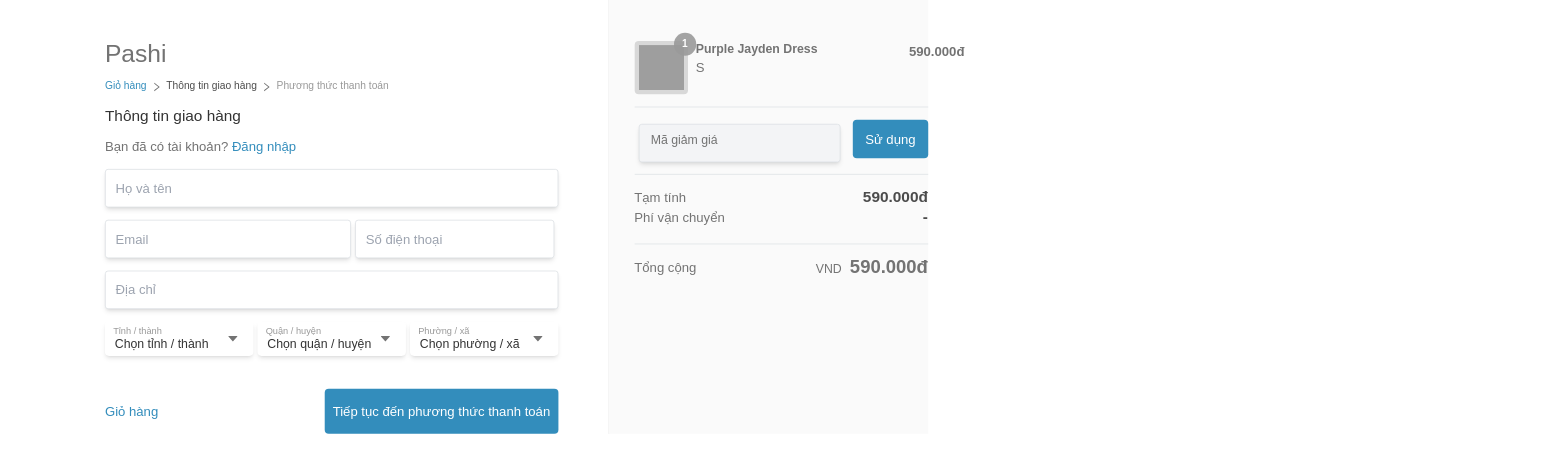
Repository: levinhky/pashi
Page: /checkout/information
These files come from the project's save history. The page is drawn as it stood at one moment and after the next save; the edit follows.
The browser window is 1280 px wide. The page is 1910 px wide, so the pictures cover 1910 px, including what lies to the right of the window. The pictures show the whole page, at 82% of full size.
Pictures or frames that could not be fetched are drawn as grey boxes. The project was rebuilt for these pictures with package versions that can differ from the ones it lists, and the page was loaded fresh each time. Also part of the build but not shown: src/components/Home/Home.module.css, src/configs/api.js, src/components/Loading/Loading.module.css, src/components/Loading/Loading.jsx, src/components/Partner/Partner.module.css, src/components/Partner/Partner.jsx, src/components/Home/Home.jsx, src/components/ProductList/ProductList.module.css and 18 more.

Above is the page before, as saved 2022-10-07 16:11:26.

### public/index.html
<!DOCTYPE html>
<html lang="en">

<head>
  <meta charset="utf-8" />
  <link rel="icon" href="%PUBLIC_URL%/favicon.ico" />
  <meta name="viewport" content="width=device-width, initial-scale=1" />
  <meta name="theme-color" content="#000000" />
  <meta name="description" content="Web site created using create-react-app" />
  <link rel="apple-touch-icon" href="%PUBLIC_URL%/logo192.png" />
  <!--
      manifest.json provides metadata used when your web app is installed on a
      user's mobile device or desktop. See https://developers.google.com/web/fundamentals/web-app-manifest/
    -->
  <link rel="manifest" href="%PUBLIC_URL%/manifest.json" />
  <link href='https://unpkg.com/boxicons@2.1.2/css/boxicons.min.css' rel='stylesheet'>
  <link href="https://cdn.jsdelivr.net/npm/bootstrap@5.2.0/dist/css/bootstrap.min.css" rel="stylesheet"
    integrity="sha384-gH2yIJqKdNHPEq0n4Mqa/HGKIhSkIHeL5AyhkYV8i59U5AR6csBvApHHNl/vI1Bx" crossorigin="anonymous">
  <!--
      Notice the use of %PUBLIC_URL% in the tags above.
      It will be replaced with the URL of the `public` folder during the build.
      Only files inside the `public` folder can be referenced from the HTML.

      Unlike "/favicon.ico" or "favicon.ico", "%PUBLIC_URL%/favicon.ico" will
      work correctly both with client-side routing and a non-root public URL.
      Learn how to configure a non-root public URL by running `npm run build`.
    -->
  <title>React App</title>
</head>

<body>
  <noscript>You need to enable JavaScript to run this app.</noscript>
  <div id="root"></div>
  <!--
      This HTML file is a template.
      If you open it directly in the browser, you will see an empty page.

      You can add webfonts, meta tags, or analytics to this file.
      The build step will place the bundled scripts into the <body> tag.

      To begin the development, run `npm start` or `yarn start`.
      To create a production bundle, use `npm run build` or `yarn build`.
    -->
</body>
<script src="https://cdn.jsdelivr.net/npm/bootstrap@5.2.0/dist/js/bootstrap.bundle.min.js"
  integrity="sha384-A3rJD856KowSb7dwlZdYEkO39Gagi7vIsF0jrRAoQmDKKtQBHUuLZ9AsSv4jD4Xa" crossorigin="anonymous"></script>


</html>

### src/index.jsx
import React from "react";
import ReactDOM from "react-dom/client";
import { BrowserRouter } from "react-router-dom";
import App from "./App";
import reportWebVitals from "./reportWebVitals";
import { Provider } from "react-redux";

import GlobalStyles from "components/GlobalStyles/GlobalStyles";
import { store } from "store";

const root = ReactDOM.createRoot(
  document.getElementById("root")
);
root.render(
  <React.StrictMode>
    <Provider store={store}>
      <GlobalStyles>
        <BrowserRouter>
          <App />
        </BrowserRouter>
      </GlobalStyles>
    </Provider>
  </React.StrictMode>
);

// If you want to start measuring performance in your app, pass a function
// to log results (for example: reportWebVitals(console.log))
// or send to an analytics endpoint. Learn more: https://bit.ly/CRA-vitals
reportWebVitals();

### src/App.jsx
import React from "react";
import { Route, Routes } from "react-router-dom";
import { ToastContainer } from "react-toastify";
import "react-toastify/dist/ReactToastify.css";

import { routes } from "routes/routes";
import DefaultLayout from "components/DefaultLayout/DefaultLayout";
import CheckoutPage from "pages/CheckoutPage/CheckoutPage";
import Loading from "components/Loading/Loading";

function App() {
  return (
    <React.Suspense fallback={<Loading />}>
      <Routes>
        {routes.map((route, index) => {
          const Layout =
            route.layout === "default" ? DefaultLayout : CheckoutPage;
          return (
            <Route
              key={index}
              path={route.path}
              element={<Layout>{route.element}</Layout>}
            />
          );
        })}
      </Routes>
      <ToastContainer />
    </React.Suspense>
  );
}

export default App;

### src/components/GlobalStyles/GlobalStyles.jsx
import "./GlobalStyles.css";

function GlobalStyles({ children }) {
  return children;
}

export default GlobalStyles;

### src/pages/CheckoutPage/CheckoutPage.jsx
import { vnd } from "configs/functions";
import { useEffect, useState } from "react";
import { useDispatch, useSelector } from "react-redux";
import styles from "./CheckoutPage.module.css";

const CheckoutPage = ({ children }) => {
  const cartItems = useSelector((state) => state.cart.cartItems);
  const cartTotal = useSelector((state) => state.cart.cartTotal);
  console.log(cartItems);

  return (
    <div className="flex flex-row flex-[1_0_auto] py-0 px-[5%] mx-auto w-[90%] max-w-screen-xl">
      <div className="flex flex-column w-[60%] pr-[6%] pt-20">{children}</div>

      <div className="sidebar w-[38%] relative bg-[#fafafa]">
        <div className="bg-left-top block w-[300%] top-0 absolute bottom-0 -z-10 shadow-[1px_0_0_#e1e1e1_inset]"></div>
        <div className="sidebar-content pl-[8%] pt-20">
          <div className="content-item w-auto h-[65px] grid grid-cols-[65px_minmax(270px,_1fr)_100px] ">
            <div className="product-img w-[65px] h-[65px] relative">
              <div className="bg-[#d8d8d8] w-full h-full rounded-lg relative overflow-hidden">
                <img
                  src="https://product.hstatic.net/1000370235/product/z3733404419397_d753e3ea8a8f70f3d5acedb6b1a0deaa_5129de1d90b3454fa990016555e13999_small.jpg"
                  alt=""
                  className="object-cover w-full h-full p-2 "
                />
              </div>
              <span className="absolute bg-[rgba(153,153,153,0.9)] z-50 px-3 py-2 text-xl quantity rounded-full -top-4 -right-4 text-white font-bold">
                1
              </span>
            </div>
            <div className="flex flex-col pl-4 description">
              <span className="text-2xl font-bold">Purple Jayden Dress</span>
              <span>S</span>
            </div>
            <div className="w-full price">
              <span className="font-semibold text-">590.000đ</span>
            </div>
          </div>
          <div className="line border-[#e1e1e1] border-bottom my-4 border-x-0 border-t-0 w-full h-full"></div>
          <div className="flex h-[47px] items-center code">
            <div className="relative w-full h-full p-2 code-input grow group">
              <input
                type="text"
                id="discount-code"
                required
                className="absolute w-full h-full px-4 my-auto  border shadow-md focus:ring-2 focus:outline-none focus:border-sky-500 focus:ring-sky-500 transition-all delay-300 text-[#333] rounded-md p-[10px_40px_10px_12px] mb-4 bg-gray-100 outline-none peer text-2xl"
              />
              <label
                for="discount-code"
                className="absolute top-0 flex items-center pl-0 my-4 text-2xl transition-all transform left-8   group-focus-within:text-base peer-valid:text-base group-focus-within:h-1.5 peer-valid:h-1.5 group-focus-within:-translate-y-full peer-valid:-translate-y-full group-focus-within:pl-0 peer-valid:pl-0 cursor-text"
              >
                Mã giảm giá
              </label>
            </div>
            <button className="inline-block w-auto px-6 py-0 ml-8 text-center rounded-lg whitespace-nowrap bg-[#338dbc] hover:brightness-125 text-white relative transition-all cursor-pointer font-medium h-full">
              Sử dụng
            </button>
          </div>
          <div className="line border-[#e1e1e1] border-bottom my-4 border-x-0 border-t-0 w-full h-2"></div>

          <div className="bill">
            <div className="flex items-center justify-between bill-product">
              <span>Tạm tính</span>
              <span className="text-[#4b4b4b] font-semibold text-3xl">
                590.000đ
              </span>
            </div>
            <div className="flex items-center justify-between bill-ship">
              <span>Phí vận chuyển</span>
              <span className="text-[#4b4b4b] font-semibold text-3xl">-</span>
            </div>
          </div>
          <div className="line border-[#e1e1e1] border-bottom my-4 border-x-0 border-t-0 w-full h-2"></div>

          <div className="flex items-center justify-between total">
            <span className="">Tổng cộng</span>
            <div className="total-number">
              <span className="mr-4 text-2xl">VND</span>
              <span className="text-4xl font-bold ">590.000đ</span>
            </div>
          </div>
        </div>
      </div>
    </div>
    // <div className={styles["bao"]}>
    //   <div className={styles["content"]}>
    //     <div className={styles["wrap"]}>
    //       <div className={styles["sidebar"]}>
    //         <div className={styles["sidebar-content"]}>
    //           <div
    //             className={styles["order-summary order-summary-is-collapsed"]}
    //           >
    //             <h2 className={styles["visually-hidden"]}>
    //               Thông tin đơn hàng
    //             </h2>
    //             <div className={styles["order-summary-sections"]}>
    //               <div
    //                 className={
    //                   styles[
    //                     "order-summary-section order-summary-section-product-list"
    //                   ]
    //                 }
    //               >
    //                 <table className={styles["product-table"]}>
    //                   <tbody>
    //                     {cartItems.length > 0 &&
    //                       cartItems.map((product) => (
    //                         <tr
    //                           className={styles["product"]}
    //                           data-product-id="1040710178"
    //                           key={product.id}
    //                         >
    //                           <td className={styles["product-image"]}>
    //                             <div className={styles["product-thumbnail"]}>
    //                               <div
    //                                 className={
    //                                   styles["product-thumbnail-wrapper"]
    //                                 }
    //                               >
    //                                 <img
    //                                   className={
    //                                     styles["product-thumbnail-image"]
    //                                   }
    //                                   alt={product.name}
    //                                   src={product.thumbnail}
    //                                 />
    //                               </div>
    //                               <span
    //                                 className={
    //                                   styles["product-thumbnail-quantity"]
    //                                 }
    //                                 aria-hidden="true"
    //                               >
    //                                 {product.quantity}
    //                               </span>
    //                             </div>
    //                           </td>
    //                           <td className={styles["product-description"]}>
    //                             <span
    //                               className={
    //                                 styles[
    //                                   "product-description-name order-summary-emphasis"
    //                                 ]
    //                               }
    //                             >
    //                               {product.name}
    //                             </span>

    //                             <span
    //                               className={
    //                                 styles[
    //                                   "product-description-variant order-summary-small-text"
    //                                 ]
    //                               }
    //                             >
    //                               S
    //                             </span>
    //                           </td>
    //                           <td
    //                             className={
    //                               styles["product-quantity visually-hidden"]
    //                             }
    //                           >
    //                             1
    //                           </td>
    //                           <td className={styles["product-price"]}>
    //                             <span
    //                               className={styles["order-summary-emphasis"]}
    //                             >
    //                               {vnd(product.price)}
    //                             </span>
    //                           </td>
    //                         </tr>
    //                       ))}
    //                   </tbody>
    //                 </table>
    //               </div>

    //               <div
    //                 className={
    //                   styles[
    //                     "order-summary-section order-summary-section-discount"
    //                   ]
    //                 }
    //               >
    //                 <form
    //                   id="form_discount_add"
    //                   acceptCharset="UTF-8"
    //                   method="post"
    //                 >
    //                   <input name="utf8" type="hidden" value="✓" />
    //                   <div className={styles["fieldset"]}>
    //                     <div className={styles["field  "]}>
    //                       <div className={styles["field-input-btn-wrapper"]}>
    //                         <div className={styles["field-input-wrapper"]}>
    //                           <label
    //                             className={styles["field-label"]}
    //                             htmlFor="discount.code"
    //                           >
    //                             Mã giảm giá
    //                           </label>
    //                           <input
    //                             placeholder="Mã giảm giá"
    //                             className={styles["field-input"]}
    //                             size="30"
    //                             type="text"
    //                             id="discount.code"
    //                             name="discount.code"
    //                           />
    //                         </div>
    //                         <button
    //                           type="submit"
    //                           className={
    //                             styles[
    //                               "field-input-btn btn btn-default btn-disabled"
    //                             ]
    //                           }
    //                         >
    //                           <span className={styles["btn-content"]}>
    //                             Sử dụng
    //                           </span>
    //                           <i
    //                             className={
    //                               styles["btn-spinner icon icon-button-spinner"]
    //                             }
    //                           ></i>
    //                         </button>
    //                       </div>
    //                     </div>
    //                   </div>
    //                 </form>
    //               </div>

    //               <div
    //                 className={
    //                   styles[
    //                     "order-summary-section order-summary-section-total-lines payment-lines"
    //                   ]
    //                 }
    //               >
    //                 <table className={styles["total-line-table"]}>
    //                   <thead>
    //                     <tr>
    //                       <th scope="col">
    //                         <span className={styles["visually-hidden"]}>
    //                           Mô tả
    //                         </span>
    //                       </th>
    //                       <th scope="col">
    //                         <span className={styles["visually-hidden"]}>
    //                           Giá
    //                         </span>
    //                       </th>
    //                     </tr>
    //                   </thead>
    //                   <tbody>
    //                     <tr
    //                       className={styles["total-line total-line-subtotal"]}
    //                     >
    //                       <td className={styles["total-line-name"]}>
    //                         Tạm tính
    //                       </td>
    //                       <td className={styles["total-line-price"]}>
    //                         <span className={styles["order-summary-emphasis"]}>
    //                           {vnd(cartTotal)}
    //                         </span>
    //                       </td>
    //                     </tr>

    //                     <tr
    //                       className={styles["total-line total-line-shipping"]}
    //                     >
    //                       <td className={styles["total-line-name"]}>
    //                         Phí vận chuyển
    //                       </td>
    //                       <td className={styles["total-line-price"]}>
    //                         <span className={styles["order-summary-emphasis"]}>
    //                           —
    //                         </span>
    //                       </td>
    //                     </tr>
    //                   </tbody>
    //                   <tfoot className={styles["total-line-table-footer"]}>
    //                     <tr className={styles["total-line"]}>
    //                       <td
    //                         className={
    //                           styles["total-line-name payment-due-label"]
    //                         }
    //                       >
    //                         <span className={styles["payment-due-label-total"]}>
    //                           Tổng cộng
    //                         </span>
    //                       </td>
    //                       <td className={styles["total-line-name payment-due"]}>
    //                         {/* <span className={styles["payment-due-currency">VND</span> */}
    //                         <span className={styles["payment-due-price"]}>
    //                           {vnd(cartTotal)}
    //                         </span>
    //                       </td>
    //                     </tr>
    //                   </tfoot>
    //                 </table>
    //               </div>
    //             </div>
    //           </div>
    //         </div>
    //       </div>

    //     </div>
    //   </div>
    // </div>
  );
};

export default CheckoutPage;

### src/components/GlobalStyles/GlobalStyles.css
@tailwind base;
@tailwind components;
@tailwind utilities;
@import "normalize.css";
@import url("https://fonts.googleapis.com/css2?family=Mukta:wght@200;300;400;500;600;700;800&family=Plus+Jakarta+Sans:wght@200;300;400;500;600;700;800&display=swap");

@font-face {
  font-family: SVN-Veneer;
  src: url(../../assets/config/SVN-Veneer/SVN-Veneer.ttf);
}

:root {
  --black-color: #000;
  --white-color: #fff;
  --snow-color: #eee;
  --gray-color: var(--gray-color);
}

* {
  padding: 0;
  margin: 0;
  box-sizing: border-box;
}

html {
  font-size: 10px;
}

a {
  text-decoration: none;
}

li {
  list-style-type: none;
}

button {
  border: none;
  outline: none;
  cursor: pointer;
}

input {
  border: none;
  outline: none;
}

img {
  max-width: 100%;
}

body {
  font-family: "Mukta", sans-serif;
  /* font-family: "Plus Jakarta Sans", sans-serif; */
  font-size: 1.6rem;
  line-height: 2.5rem;
  text-rendering: optimizeLegibility;
  overflow-x: hidden;
  width: 100%;
}

@media only screen and (max-width: 1024px) {
  html {
    font-size: 9px;
  }
}

@media only screen and (max-width: 768px) {
  html {
    font-size: 8px;
  }
}

### src/components/Footer/Footer.module.css
footer {
  background-color: var(--black-color);
  margin-top: 5rem;
}

.wrapper {
  width: 100%;
  max-width: 110.7rem;
  margin: 0 auto;
  display: flex;
  justify-content: space-between;
  align-items: center;
  padding: 7.5rem 0 4rem 0;
  border-bottom: 0.1rem solid rgba(255, 255, 255, 0.1);
}

.item {
  width: 26rem;
  display: flex;
  flex-direction: column;
  justify-content: center;
  margin-bottom: auto;
}

.item h3 {
  color: var(--white-color);
  margin-bottom: 2rem;
  font-size: 2rem;
  font-weight: 400;
}

.item ul li a {
  color: var(--white-color);
  font-size: 1.4rem;
  font-weight: 300;
  transition: all 0.3s ease-in-out;
}

.item ul li a:hover {
  border-bottom: 1px solid var(--white-color);
}

@media only screen and (min-width: 769px) and (max-width: 1024px) {
  .wrapper {
    padding:  1.5rem;
  }
}

@media only screen and (min-width: 481px) and (max-width: 768px) {
  .wrapper {
    padding: 1.5rem;
    display: grid;
    grid-template-columns: repeat(2 , 1fr);
  }

  ul {
    padding: 0;
  }

   .item {
    margin-left: 10rem;
    width: 100%;
  }
}

@media only screen and (min-width: 320px) and (max-width: 480px) {
  .wrapper {
    padding: 1.5rem;
    display: grid;
    grid-template-columns: repeat(2, 1fr);
  }

  ul {
    padding: 0;
  }

  .item {
    margin-left: 0.5rem;
    width: 100%;
  }
}

Loaded but not shown: src/reportWebVitals.ts (common file); tailwind.config.js (common file); src/slices/cartSlice.js (47 lines, source omitted); src/routes/routes.js (29 lines, source omitted); src/slices/authSlice.js (22 lines, source omitted); src/store.js (12 lines, source omitted); src/configs/functions.js (3 lines, source omitted); src/pages/CheckoutPage/CheckoutPage.module.css (2582 lines, source omitted); src/components/Checkout/Information.jsx (150 lines, source omitted); src/components/DefaultLayout/DefaultLayout.module.css (no stored copy; drawn as an empty file)

After the next save:
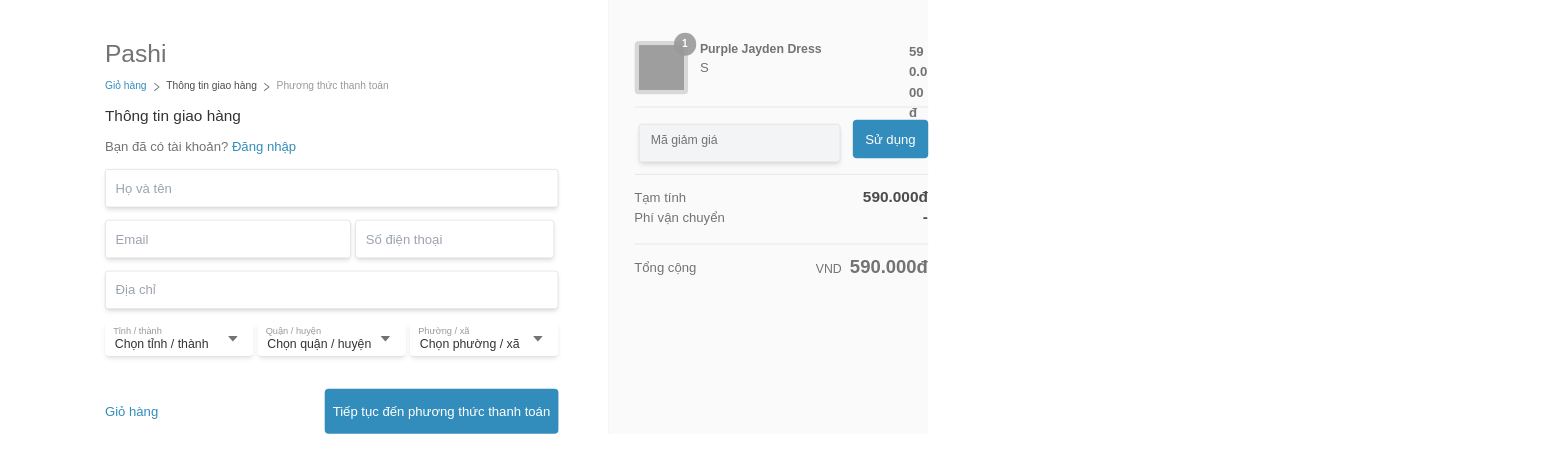
Saved 38 s later.
--- a/src/pages/CheckoutPage/CheckoutPage.jsx
+++ b/src/pages/CheckoutPage/CheckoutPage.jsx
@@ -15,7 +15,7 @@ const CheckoutPage = ({ children }) => {
       <div className="sidebar w-[38%] relative bg-[#fafafa]">
         <div className="bg-left-top block w-[300%] top-0 absolute bottom-0 -z-10 shadow-[1px_0_0_#e1e1e1_inset]"></div>
         <div className="sidebar-content pl-[8%] pt-20">
-          <div className="content-item w-auto h-[65px] grid grid-cols-[65px_minmax(270px,_1fr)_100px] ">
+          <div className="content-item w-auto h-[65px] grid grid-cols-[65px_minmax(270px,_1fr)_auto] ">
             <div className="product-img w-[65px] h-[65px] relative">
               <div className="bg-[#d8d8d8] w-full h-full rounded-lg relative overflow-hidden">
                 <img
@@ -28,7 +28,7 @@ const CheckoutPage = ({ children }) => {
                 1
               </span>
             </div>
-            <div className="flex flex-col pl-4 description">
+            <div className="flex flex-col px-4 description">
               <span className="text-2xl font-bold">Purple Jayden Dress</span>
               <span>S</span>
             </div>
